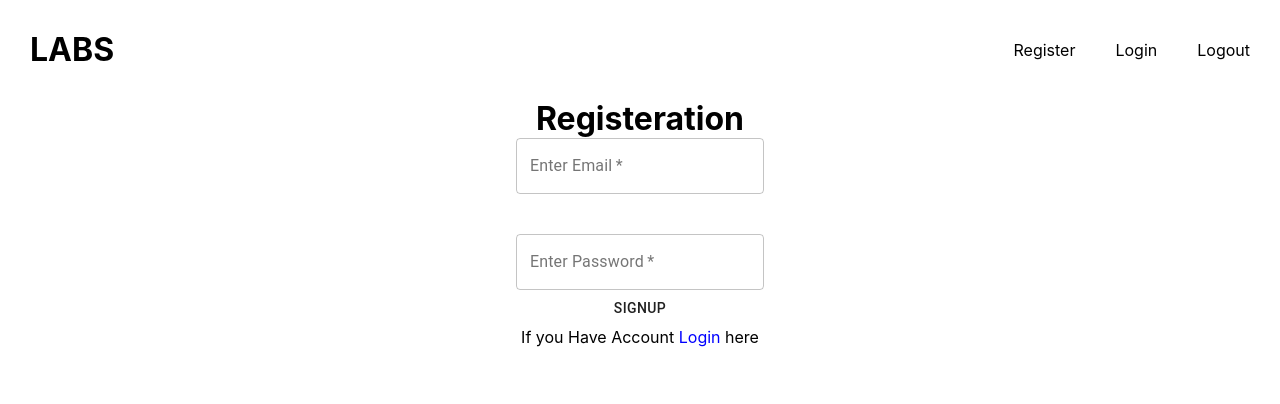
Repository: Prafullkuma/labsdata
Page: /signup
The author's editor kept a copy of each file at every save. The page is drawn from the files as they stood at one save, then again after the next save.
The browser window is 1280 px wide. The pictures show the whole page.
The project was rebuilt for these pictures with package versions that can differ from the ones it lists, and the page was loaded fresh each time. Also part of the build but not shown: src/Component/Admin.css, src/Component/Details/details.css, src/Component/Student/addstudent.css, src/firebase.js, src/Component/Student/Addstudent.js, src/Component/Student/ViewData/ViewData.css, src/Component/Student/ViewData/ViewStudentData.js, src/Component/Student/ViewStudent.js and 5 more.

Above is the page before, as saved 2020-08-26 14:14:35.

### src/App.js
import React from 'react';
import './App.css';
import Nav from './Component/Nav'
import Admin from './Component/Admin'
import Main from './Component/Main'
import Login from './Auth/Login'
import Signup from './Auth/Signup'
import Logout from './Auth/Logout'
import { BrowserRouter as Router, Route } from 'react-router-dom'
function App() {
  return (
    <div className="App">
      <Router>
        <Nav />
        <Route path="/logout" component={Logout} />
        <Route path="/signup" component={Signup} />
        <Route path="/login" component={Login} />
        <Route path="/admin" component={Admin} />
        <Route exact path="/" component={Main} />
      </Router>
    </div>
  );
}

export default App;

### src/Component/Nav.js
import React from 'react'
import './Nav.css'
import { Link } from 'react-router-dom'
function Nav() {
    return (
        <div className="Navbar">
            <h1> <Link to="/"> LABS</Link></h1>
            <ul>
                <li><Link to="/signup"> Register</Link></li>
                <li><Link to="/login">Login</Link></li>
                <li><Link to="/logout">Logout</Link>
                </li>
            </ul>
        </div>
    )
}

export default Nav

### src/Auth/Signup.js
import React from 'react'
import { TextField, Button } from '@material-ui/core'
import { Link } from 'react-router-dom'
import './signup.css'
function Signup() {
    return (
        <div className="register">
            <h1>Registeration</h1>
            <form>
                <TextField id="outlined-basic" type="email" required label="Enter Email" variant="outlined" />
                <br />
                <br />
                <br />
                <TextField id="outlined-basic" type="password" required label="Enter Password" variant="outlined" />
                <br />
                <Button> Signup</Button>
                <br />
                <p>If you Have Account <Link to="/login" style={{ color: 'blue' }}>Login</Link> here</p>
            </form>

        </div>
    )
}

export default Signup

### src/Component/Nav.css
.Navbar{
    padding: 30px;
    display: flex;
    justify-content: space-between;
    align-items: center;

}
a{
    text-decoration: none;
    color:black;
    }
ul,li{
    list-style: none;
    float: left;
    margin-left: 40px;
}

### src/Auth/signup.css
.register{
    text-align: center;
}
#outlined-basic{
}

Loaded but not shown: public/index.html (common file); src/index.js (common file); src/index.css (common file); src/serviceWorker.js (common file); src/App.css (common file); src/Component/Main.css (no stored copy; drawn as an empty file); src/Component/Student/viewstudent.css (no stored copy; drawn as an empty file)

After the next save:
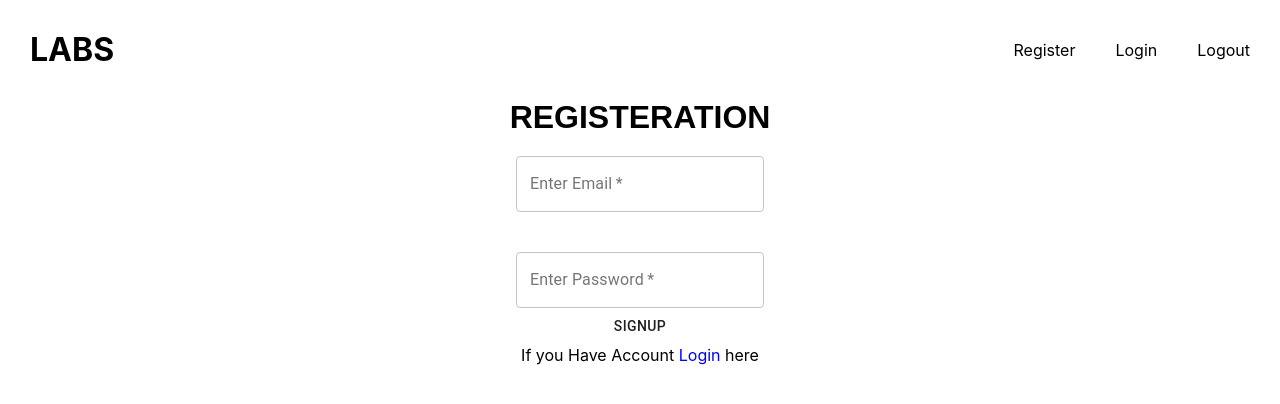
Saved 57 s later.
--- a/src/Auth/signup.css
+++ b/src/Auth/signup.css
@@ -1,5 +1,10 @@
 .register{
     text-align: center;
 }
+.register h1{
+    text-transform: uppercase;
+    font-family: sans-serif;
+    margin-bottom: 20px;
+}
 #outlined-basic{
 }
